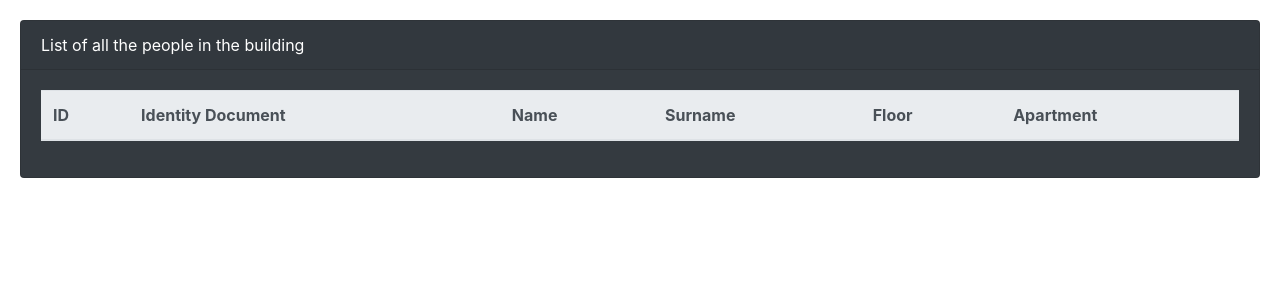
Repository: JMarJus/TalleresDUAL_2
Page: http://localhost/people
The author's editor kept a copy of each file at every save. The page is drawn from the files as they stood at one save, then again after the next save.
The browser window is 1280 px wide. The pictures show the whole page.
The page is this project's Thymeleaf template; nobody is signed in. The template is opened directly, without the code that normally fills it, so the values that code supplies are empty.

Above is the page before, as saved 2023-12-22 19:21:56.
Console error: TypeError: Cannot read properties of undefined (reading 'fn')

After the next save:
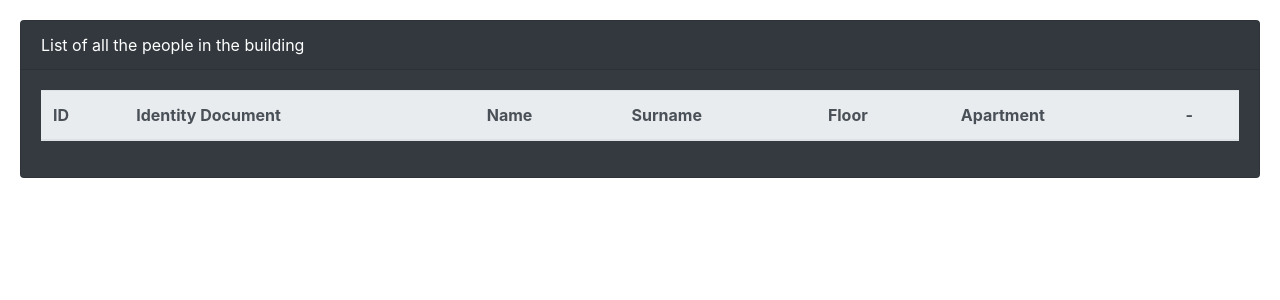
Saved 70 s later.
--- a/spring01/src/main/resources/templates/people.html
+++ b/spring01/src/main/resources/templates/people.html
@@ -19,6 +19,7 @@
 							<th scope="col">Surname</th>
 							<th scope="col">Floor</th>
 							<th scope="col">Apartment</th>
+							<th scope="col">-</th>
 						</tr>
 					</thead>
 					<tbody>
@@ -30,6 +31,7 @@
 								<td scope="row" th:text="${person.surname}"/>
 								<td scope="row" th:text="${person.floorId}"/>
 								<td scope="row" th:text="${person.apartmentId}"/>
+								<form th:action="@{/postRemovePerson}"
 							</tr>
 						</th:block>
 					</tbody>
